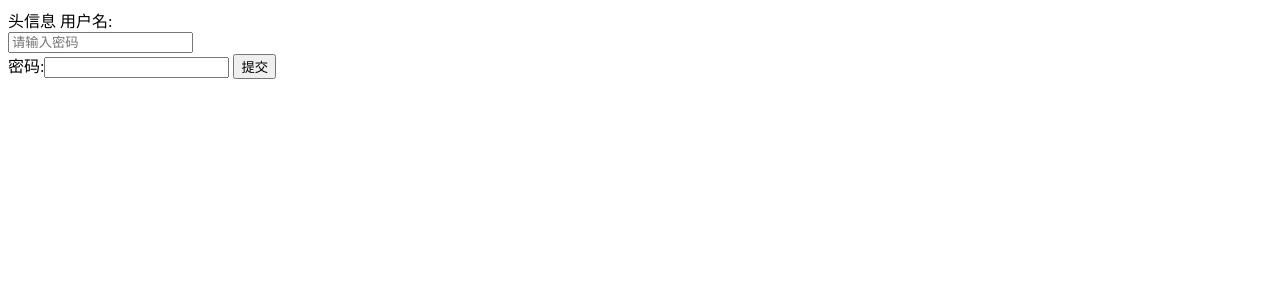
Repository: debug404/all
Page: http://localhost/work1117/login.jsp
These files come from the project's save history. The page is drawn as it stood at one moment and after the next save; the edit follows.
The browser window is 1280 px wide. The pictures show the whole page.
The page is served by Tomcat 9.

Above is the page before, as saved 2015-11-17 02:47:29.

After the next save:
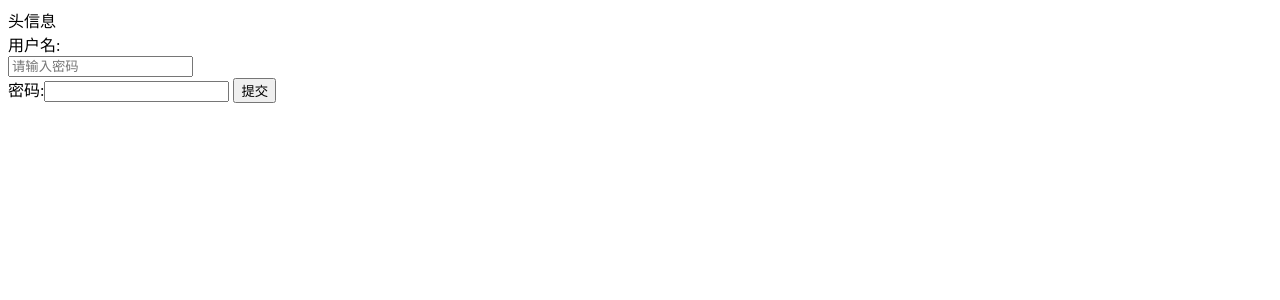
Saved 16 s later.
--- a/work1117/WebContent/login.jsp
+++ b/work1117/WebContent/login.jsp
@@ -16,7 +16,7 @@
 
 
 	<jsp:include page="header.jsp"></jsp:include>
-	用户名:
+	<br />用户名:
 	<form action="main.jsp" method="post">
 		<jsp:element name="input">
 			<jsp:attribute name="name">username</jsp:attribute>
